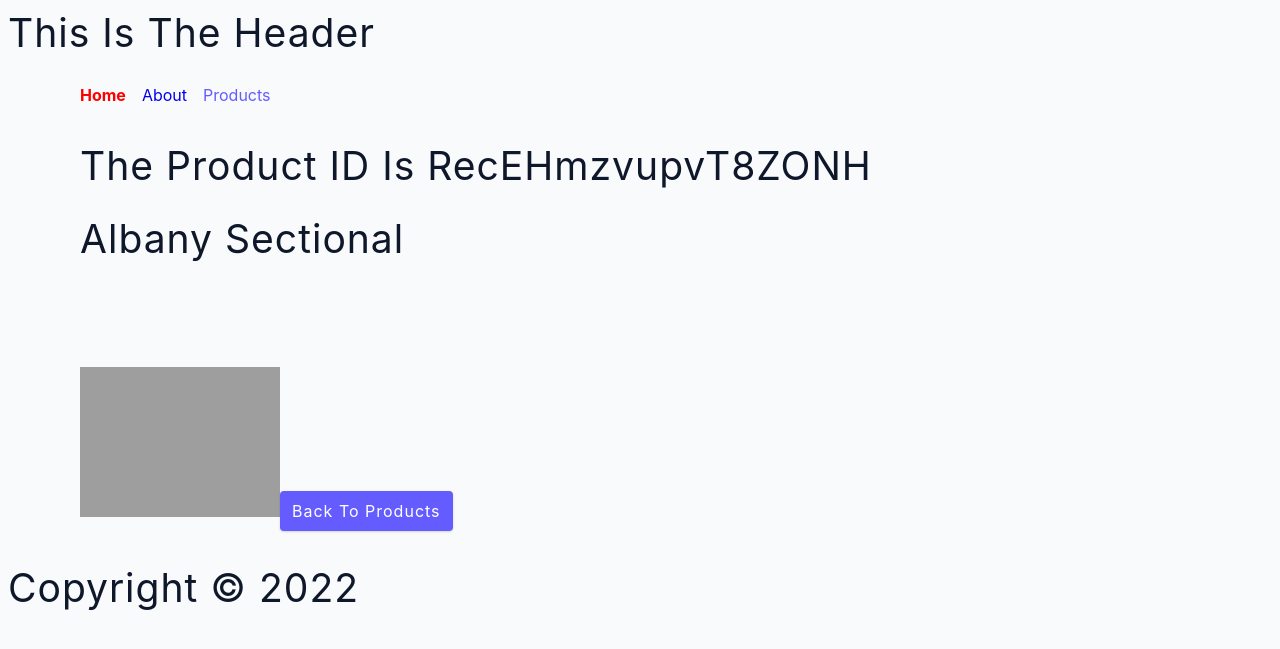
Repository: kennedyowusu/react-router-tutorial
Page: /products/recEHmzvupvT8ZONH
The author's editor kept a copy of each file at every save. The page is drawn from the files as they stood at one save, then again after the next save.
The browser window is 1280 px wide. The pictures show the whole page.
Pictures or frames that could not be fetched are drawn as grey boxes. The project was rebuilt for these pictures with package versions that can differ from the ones it lists, and the page was loaded fresh each time. Also part of the build but not shown: src/pages/About.js, src/pages/Products.js, src/pages/Home.js, src/pages/Error.js, src/components/Navbar.js.

Above is the page before, as saved 2022-12-27 18:19:26.

### src/App.js
import { BrowserRouter, Routes, Route } from "react-router-dom";
import About from "./pages/About";
import Products from "./pages/Products";
import Home from "./pages/Home";
import Error from "./pages/Error";
import SharedLayout from "./pages/SharedLayout";
import SingleProduct from "./pages/SingleProduct";

function App() {
  return (
    <BrowserRouter>
      <Routes>

        <Route path="/" element={<SharedLayout />}>
          <Route index element={<Home />} />
          <Route path="about" element={<About />} />
          <Route path="products" element={<Products />} />
          <Route path="products/:productId" element={<SingleProduct />} />
          <Route path="*" element={<Error />} />
        </Route>

      </Routes>
    </BrowserRouter>
  );
}

export default App;

### src/pages/SharedLayout.js
import { Outlet } from 'react-router-dom';
import Header from '../components/Header';
import Navbar from '../components/Navbar';
import Footer from '../components/Footer';
import StyledNavbar from '../components/StyledNavbar';

const SharedLayout = () => {
  return (
    <>
      <Header />
      <StyledNavbar />
        <Outlet />
      <Footer />
    </>
  )
}

export default SharedLayout

### src/pages/SingleProduct.js
import { useParams, Link } from "react-router-dom";
import data from '../data';

const SingleProduct = () => {
  const { productId } = useParams();
  console.log(productId);

  const prod = data.find((product) => product.id === (productId));

  const { id, name, image } = prod;

  return (
    <section className='section product'>
      <h2>The product ID is {id}</h2>
      <h2>{name}</h2>
      <img src={image || 'https://via.placeholder.com/150'} alt={name} style={{ marginTop: '5rem' }}/>
      <Link to='/products' className='btn'> back to products</Link>
    </section>
  );
};

export default SingleProduct;

### src/data.js
const products = [
  {
    id: 'recZkNf2kwmdBcqd0',
    name: 'accent chair',
    image:
      'https://dl.airtable.com/.attachmentThumbnails/e8bc3791196535af65f40e36993b9e1f/438bd160',
  },
  {
    id: 'recEHmzvupvT8ZONH',
    name: 'albany sectional',

    image:
      'https://dl.airtable.com/.attachmentThumbnails/0be1af59cf889899b5c9abb1e4db38a4/d631ac52',
  },
  {
    id: 'rec5NBwZ5zCD9nfF0',
    name: 'albany table',

    image:
      'https://dl.airtable.com/.attachmentThumbnails/7478483f40a2f56662a87b304bd4e104/707d397f',
  },
  {
    id: 'recd1jIVIEChmiwhe',
    name: 'armchair',

    image:
      'https://dl.airtable.com/.attachmentThumbnails/530c07c5ade5acd9934c8dd334458b86/cf91397f',
  },
  {
    id: 'recoM2MyHJGHLVi5l',
    name: 'bar stool',
    image:
      'https://dl.airtable.com/.attachmentThumbnails/a6119fabf7256049cc0e8dbcdf536c9c/b0153f66',
  },
];

export default products;

### src/components/Header.js
import React from 'react'

const Header = () => {
  return (
    <header>
      <h2>This is the header</h2>
    </header>
  )
}

export default Header

### src/components/Footer.js
import React from 'react'

const Footer = () => {
  return (
    <footer>
     <h2>
      Copyright &copy; 2022
      </h2>
    </footer>
  )
}

export default Footer

### src/components/StyledNavbar.js
import React from 'react'
import { NavLink } from 'react-router-dom'

const StyledNavbar = () => {
  return (
    <nav className='navbar'>
    <NavLink to='/' style={(isActive) => {
      return {
        color: isActive ? 'red' : 'black',
        fontWeight: isActive ? 'bold' : 'normal',
      }
    }}>Home</NavLink>

     <NavLink to='/about'>About</NavLink>
     <NavLink to='/products'>Products</NavLink>
    </nav>
  )
}

export default StyledNavbar

Loaded but not shown: public/index.html (common file); src/index.js (common file); src/index.css (common file)

After the next save:
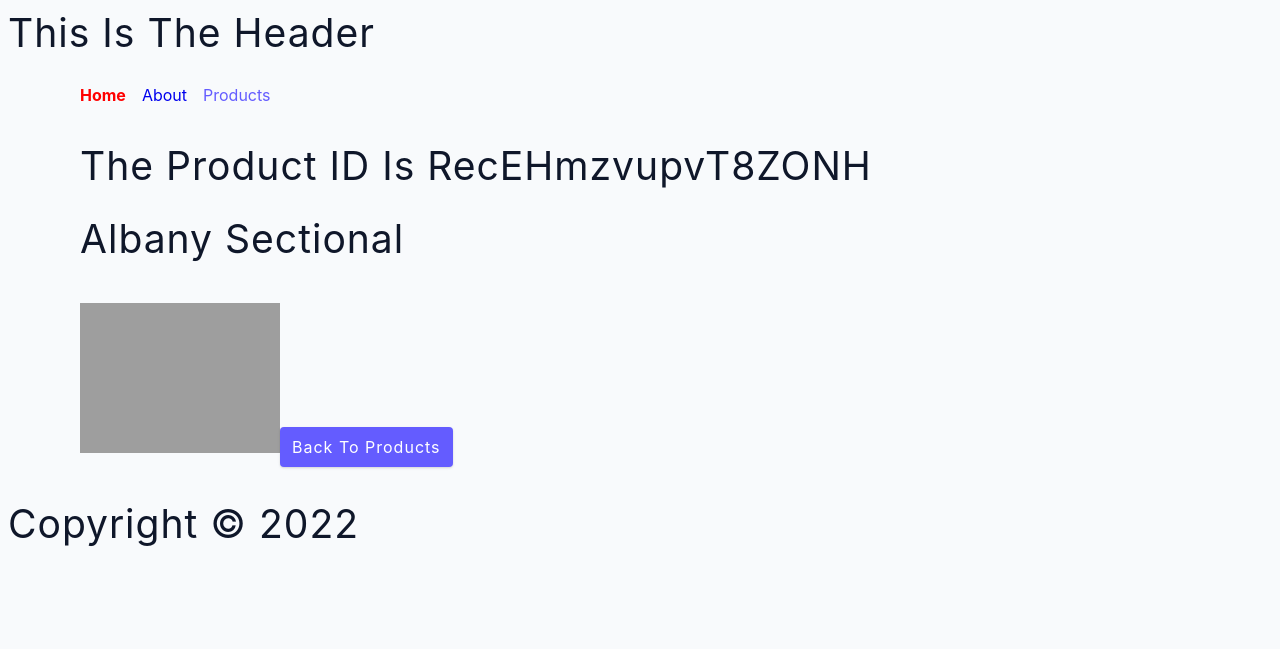
Saved 12 s later.
--- a/src/pages/SingleProduct.js
+++ b/src/pages/SingleProduct.js
@@ -13,7 +13,7 @@ const SingleProduct = () => {
     <section className='section product'>
       <h2>The product ID is {id}</h2>
       <h2>{name}</h2>
-      <img src={image || 'https://via.placeholder.com/150'} alt={name} style={{ marginTop: '5rem' }}/>
+      <img src={image || 'https://via.placeholder.com/150'} alt={name} style={{ marginTop: '1rem' }}/>
       <Link to='/products' className='btn'> back to products</Link>
     </section>
   );
